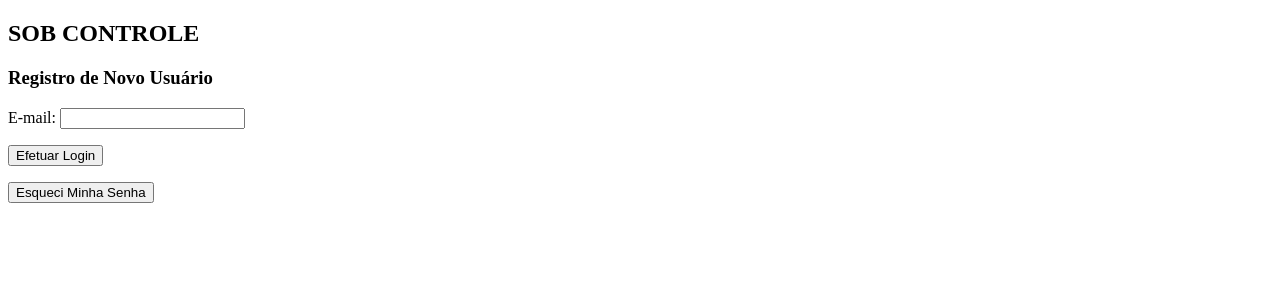
Repository: Glaydson/SobControle
Page: projeto/SobControle/WebContent/registrarUsuario.html
These files come from the project's save history. The page is drawn as it stood at one moment and after the next save; the edit follows.
The browser window is 1280 px wide. The pictures show the whole page.

Above is the page before, as saved 2014-09-08 19:11:28.

After the next save:
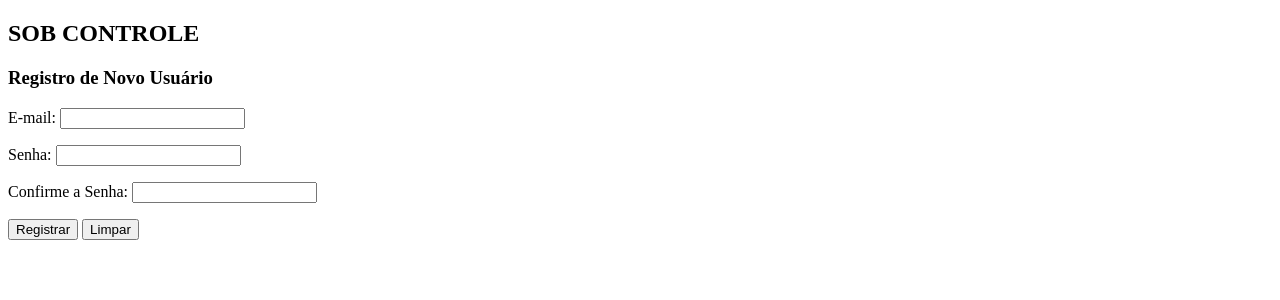
Saved 2 min 28 s later.
--- a/projeto/SobControle/WebContent/registrarUsuario.html
+++ b/projeto/SobControle/WebContent/registrarUsuario.html
@@ -8,11 +8,15 @@
 	<H2>SOB CONTROLE</H2>
 	<h3>Registro de Novo Usuário</h3>
 	<form name="formPrincipal">
-		<label for="email">E-mail:</label>
-		<input type="email" name="email"/><P>
-		<button type="submit" formaction="efetuarLogin.html">Efetuar Login</button><P>
-		<button type="submit" formaction="esqueciSenha.html">Esqueci Minha
-			Senha</button>
+		<label for="email">E-mail:</label> <input type="email" name="email">
+		<P>
+			<label for="senha">Senha:</label> <input type="password" name="senha" />
+		<P>
+			<label for="senha2">Confirme a Senha:</label> <input type="senha2"
+				name="senha2">
+		<P>
+			<input type="submit" value="Registrar"> <input type="reset"
+				value="Limpar">
 	</form>
 </body>
 </html>
